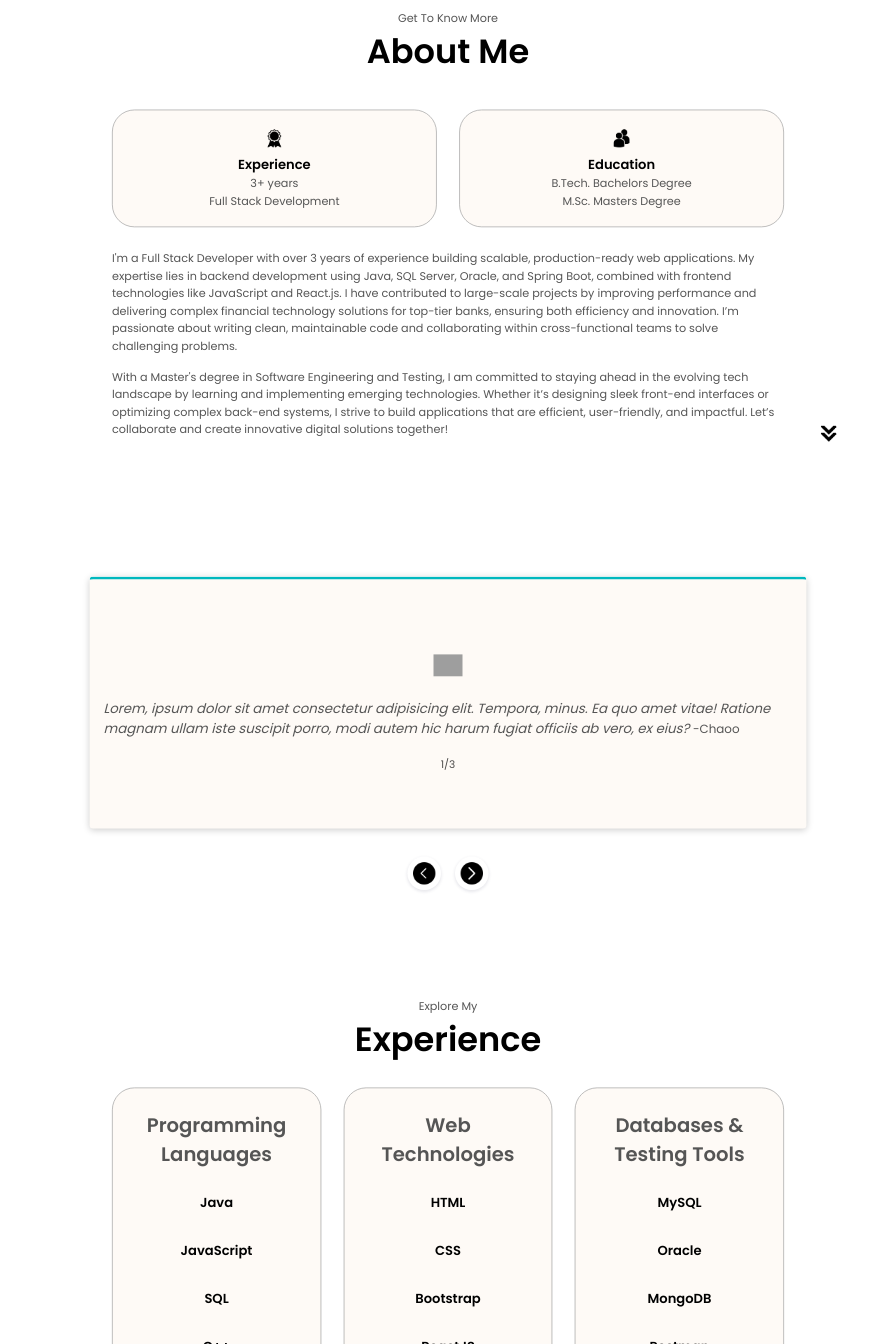
Repository: Pradnya-07/Portfolio-Pradnya
Page: index.html
An editor plug-in stored every save of this project. The page is shown before and after the next save, followed by the edit.
The browser window is 1280 px wide. The pictures show the part of the page from y = 832 to 2752 px (the page is 5307 px tall), at 70% of full size.
Pictures or frames that could not be fetched are drawn as grey boxes.

Above is the page before, as saved 2025-05-02 09:50:31.

### index.html
<!DOCTYPE html>
<html lang="en">
  <head>
    <meta charset="UTF-8" />
    <meta http-equiv="X-UA-Compatible" content="IE=edge" />
    <meta name="viewport" content="width=device-width, initial-scale=1.0" />
    <title>My Portfolio</title>
    <link rel="stylesheet" href="style.css" />
    <link rel="stylesheet" href="mediaqueries.css" />
  </head>
  <body>
    <nav id="desktop-nav">
      <div class="logo">Pradnya Baviskar</div>
      <div>
        <ul class="nav-links">
          <li><a href="#about">About</a></li>
          <li><a href="#experience">Experience</a></li>
          <li><a href="#projects">Projects</a></li>
          <li><a href="#contact">Contact</a></li>
        </ul>
      </div>
    </nav>
    <nav id="hamburger-nav">
      <div class="logo">Pradnya Baviskar</div>
      <div class="hamburger-menu">
        <div class="hamburger-icon" onclick="toggleMenu()">
          <span></span>
          <span></span>
          <span></span>
        </div>
        <div class="menu-links">
          <li><a href="#about" onclick="toggleMenu()">About</a></li>
          <li><a href="#experience" onclick="toggleMenu()">Experience</a></li>
          <li><a href="#projects" onclick="toggleMenu()">Projects</a></li>
          <li><a href="#contact" onclick="toggleMenu()">Contact</a></li>
        </div>
      </div>
    </nav>
    <section id="profile">
      <div class="section__pic-container">
        <img src="./assets/profile-pic.JPG" alt="Pradnya Baviskar profile picture" />
      </div>
      <div class="section__text">
        <p class="section__text__p2">Hello, I'm</p>
        <h1 class="title">Pradnya Baviskar</h1>
        <p class="section__text__p2">Software Developer - Full Stack</p>
        <div class="btn-container">
          <button
            class="btn btn-color-2"
            onclick="window.open('./assets/pradnya_baviskar-3.pdf')"
          >
            Download CV
          </button>
          <button class="btn btn-color-1" onclick="location.href='#contact'">
            Contact Info
          </button>
        </div>
        <div id="socials-container">
          <img
            src="./assets/linkedin.png"
            alt="My LinkedIn profile"
            class="icon"
            onclick="location.href='https://linkedin.com/'"
          />
          <img
            src="./assets/github.png"
            alt="My Github profile"
            class="icon"
            onclick="location.href='https://github.com/'"
          />
        </div>
      </div>
    </section>
    <section id="about">
      <p class="section__text__p1">Get To Know More</p>
      <h1 class="title">About Me</h1>
      <div class="section-container">

        <div class="about-details-container">
          <div class="about-containers">
            <div class="details-container">
              <img
                src="./assets/experience.png"
                alt="Experience icon"
                class="icon"
              />
              <h3>Experience</h3>
              <p>3+ years <br />Full Stack Development</p>
            </div>
            <div class="details-container">
              <img
                src="./assets/education.png"
                alt="Education icon"
                class="icon"
              />
              <h3>Education</h3>
              <p>B.Tech. Bachelors Degree<br />M.Sc. Masters Degree</p>
            </div>
          </div>
          <div class="text-container">
            <p>
              I'm a Full Stack Developer with over 3 years of experience building scalable, production-ready web applications.
              My expertise lies in backend development using Java, SQL Server, Oracle, and Spring Boot, combined with frontend technologies like JavaScript and React.js.
              I have contributed to large-scale projects by improving performance and delivering complex financial technology solutions for top-tier banks, ensuring both efficiency and innovation.
              I’m passionate about writing clean, maintainable code and collaborating within cross-functional teams to solve challenging problems.
            </p>
            <p style=" margin-top: 2%;">
              With a Master's degree in Software Engineering and Testing, I am committed to staying ahead in the evolving tech landscape by learning and implementing emerging technologies.
              Whether it’s designing sleek front-end interfaces or optimizing complex back-end systems, I strive to build applications that are efficient, user-friendly, and impactful.
              Let’s collaborate and create innovative digital solutions together!
            </p>
          </div>

        </div>
      </div>
      <img
        src="./assets/arrow.png"
        alt="Arrow icon"
        class="icon arrow"
        onclick="location.href='#experience'"
      />
    </section>

 <div class="testimonials-container">
    <div class="testimonial">
      <a href="#"><img src="upwork.png" alt="upwork" /></a>
      <p>
        Lorem, ipsum dolor sit amet consectetur adipisicing elit. Tempora,
        minus. Ea quo amet vitae! Ratione magnam ullam iste suscipit porro,
        modi autem hic harum fugiat officiis ab vero, ex eius?
        <span>-Chaoo</span>
      </p>
      <span class="numbertext">1/3</span>
    </div>

    <div class="testimonial">
      <a href="#"><img src="upwork.png" alt="upwork" /></a>
      <p>
        Lorem, ipsum dolor sit amet consectetur adipisicing elit. Tempora,
        minus. Ea quo amet vitae! Ratione magnam ullam iste suscipit porro,
        modi autem hic harum fugiat officiis ab vero, ex eius?
        <span>-ChaooCharles</span>
      </p>
      <span class="numbertext">2/3</span>
    </div>

    <div class="testimonial">
      <a href="#"><img src="upwork.png" alt="upwork" /></a>
      <p>
        Lorem, ipsum dolor sit amet consectetur adipisicing elit. Tempora,
        minus. Ea quo amet vitae! Ratione magnam ullam iste suscipit porro,
        modi autem hic harum fugiat officiis ab vero, ex eius?
        <span>-Charles</span>
      </p>
      <span class="numbertext">3/3</span>
    </div>
    <div>
      <a class="prev">
        <img class="icon" src="./assets/leftarrow.png" alt="left" />

      </a>
      <a class="next">
        <img class="icon" src="./assets/rightarrow.png" alt="right" />
      </a>
    </div>
  </div>




    <section id="experience">
      <p class="section__text__p1">Explore My</p>
      <h1 class="title">Experience</h1>
      <div class="experience-details-container">
        <div class="about-containers">
          <div class="details-container">
            <h2 class="experience-sub-title">Programming Languages</h2>
            <div class="article-container">
              <article class="skills">

                <div>
                  <h3 class="skills">Java</h3>
                </div>
              </article>
              <article class="skills">

                <div>
                  <h3 class="skills">JavaScript</h3>

                </div>
              </article>
              <article class="skills">

                <div>
                  <h3 class="skills">SQL</h3>

                </div>
              </article>
              <article class="skills">

                <div>
                  <h3 class="skills">C++</h3>

                </div>
              </article>
              <article class="skills">

                <div>
                  <h3>Python</h3>
                </div>
              </article>
              <article class="skills">

                <div>
                  <h3 class="skills">C</h3>
                </div>
              </article>

            </div>
          </div>

          <div class="details-container">
            <h2 class="experience-sub-title">Web Technologies</h2>
            <div class="article-container">
              <article>

                <div>
                  <h3>HTML</h3>
                </div>
              </article>
              <article>

                <div>
                  <h3>CSS</h3>
                </div>
              </article>
              <article>

                <div>
                  <h3>Bootstrap</h3>
                </div>
              </article>
              <article>

                <div>
                  <h3>ReactJS</h3>
                </div>
              </article>
              <article>

                <div>
                  <h3>NodeJS</h3>
                </div>
              </article>
              <article>

                <div>
                  <h3>ExpressJS</h3>
                </div>
              </article>
            </div>
          </div>

          <div class="details-container">
            <h2 class="experience-sub-title">Databases & Testing Tools</h2>
            <div class="article-container">
              <article>

                <div>
                  <h3>MySQL</h3>
                </div>
              </article>
              <article>

                <div>
                  <h3>Oracle</h3>
                </div>
              </article>
              <article>

                <div>
                  <h3>MongoDB</h3>
                </div>
              </article>
              <article>

                <div>
                  <h3>Postman</h3>
                </div>
              </article>
              <article>

                <div>
                  <h3>SoapUI</h3>
                </div>
              </article>

            </div>
          </div>

          <div class="details-container">
            <h2 class="experience-sub-title">Software</h2>
            <div class="article-container">
              <article>

                <div>
                  <h3>Git & GitHub</h3>
                </div>
              </article>
              <article>

                <div>
                  <h3>Linux</h3>
                </div>
              </article>



              <article>

                <div>
                  <h3>Docker</h3>
                </div>
              </article>
              <article>

                <div>
                  <h3>Jira</h3>
                </div>
              </article>
              <article>

                <div>
                  <h3 class="skills">Agile Methodology</h3>
                </div>
              </article>
            </div>
          </div>




        </div>
      </div>
      <img
        src="./assets/arrow.png"
        alt="Arrow icon"
        class="icon arrow"
        onclick="location.href='#projects'"
      />
    </section>

    <section id="projects">
      <p class="section__text__p1">Browse My Recent</p>
      <h1 class="title">Projects</h1>
      <div class="experience-details-container">
        <div class="about-containers">
          <div class="details-container color-container">
            <div class="article-container">
              <img
                src="./assets/project1.png"
                alt="Project 1"
                class="project-img"
              />
            </div>
            <h2 class="experience-sub-title project-title">My Book Nest</h2>
            <div class="btn-container">
              <button
                class="btn btn-color-2 project-btn"
                onclick="location.href='https://github.com/Pradnya-07/Pradnya-s_Library'"
              >
                Github
              </button>
              <button
                class="btn btn-color-2 project-btn"
                onclick="location.href='https://pradnya-s-library.onrender.com'"
              >
                Live Demo
              </button>
            </div>
          </div>
          <div class="details-container color-container">
            <div class="article-container">
              <img
                src="./assets/scam.png"
                alt="Project 2"
                class="project-img"
              />
            </div>
            <h2 class="experience-sub-title project-title">Spam Email Detection</h2>
            <div class="btn-container">
              <button
                class="btn btn-color-2 project-btn"
                onclick="location.href='https://github.com/Pradnya-07/Spam_Email_Detection'"
              >
                Github
              </button>
              <button
                class="btn btn-color-2 project-btn"
                onclick="location.href='https://spam-email-detection-9in7.onrender.com'"
              >
                Live Demo
              </button>
            </div>
          </div>
          <div class="details-container color-container">
            <div class="article-container">
              <img
                src="./assets/forecast.png"
                alt="Project 3"
                class="project-img"
              />
            </div>
            <h2 class="experience-sub-title project-title">Weather Forecast</h2>
            <div class="btn-container" style="margin-top: 14%;">
              <button
                class="btn btn-color-2 project-btn"
                onclick="location.href='https://github.com/Pradnya-07/Weather-Dashboard'"
              >
                Github
              </button>
              <button
                class="btn btn-color-2 project-btn"
                onclick="location.href='https://pradnya-07.github.io/Weather-Dashboard/'"
              >
                Live Demo
              </button>
            </div>
          </div>
        </div>
      </div>
      <img
        src="./assets/arrow.png"
        alt="Arrow icon"
        class="icon arrow"
        onclick="location.href='#contact'"
      />
    </section>
    <section id="contact">


      <div class="contact-info-upper-container">
        <div class="contact-info-container">
          <img
            src="./assets/email.png"
            alt="Email icon"
            class="icon contact-icon email-icon"
          />
          <p><a href="mailto:pradnyabaviskar56p@gmail.com">pradnyabaviskar56p@gmail.com</a></p>
        </div>
        <div class="contact-info-container">
          <img
            src="./assets/linkedin.png"
            alt="LinkedIn icon"
            class="icon contact-icon"
          />
          <p><a href="https://www.linkedin.com">LinkedIn</a></p>
        </div>
      </div>
    </section>
    <footer>
      <nav>
        <div class="nav-links-container">
          <ul class="nav-links">
            <li><a href="#about">About</a></li>
            <li><a href="#experience">Experience</a></li>
            <li><a href="#projects">Projects</a></li>
            <li><a href="#contact">Contact</a></li>
          </ul>
        </div>
      </nav>
      <p>Copyright &#169; 2025 Pradnya Baviskar. All Rights Reserved.</p>
    </footer>
    <script src="script.js"></script>
  </body>
</html>

### style.css
/* GENERAL */

@import url("https://fonts.googleapis.com/css2?family=Poppins:wght@300;400;500;600&display=swap");

* {
  margin: 0;
  padding: 0;
}

body {
  font-family: "Poppins", sans-serif;
}

html {
  scroll-behavior: smooth;
}

p {
  color: rgb(85, 85, 85);
}

/* TRANSITION */

a,
.btn {
  transition: all 300ms ease;
}

/* DESKTOP NAV */

nav,
.nav-links {
  display: flex;
}

nav {
  justify-content: space-around;
  align-items: center;
  height: 17vh;
}

.nav-links {
  gap: 2rem;
  list-style: none;
  font-size: 1.5rem;
}

a {
  color: black;
  text-decoration: none;
  text-decoration-color: white;
}

a:hover {
  color: grey;
  text-decoration: underline;
  text-underline-offset: 1rem;
  text-decoration-color: rgb(181, 181, 181);
}

.logo {
  font-size: 2rem;
}

.logo:hover {
  cursor: default;
}

/* HAMBURGER MENU */

#hamburger-nav {
  display: none;
}

.hamburger-menu {
  position: relative;
  display: inline-block;
}

.hamburger-icon {
  display: flex;
  flex-direction: column;
  justify-content: space-between;
  height: 24px;
  width: 30px;
  cursor: pointer;
}

.hamburger-icon span {
  width: 100%;
  height: 2px;
  background-color: black;
  transition: all 0.3 ease-in-out;
}

.menu-links {
  position: absolute;
  top: 100%;
  right: 0;
  background-color: white;
  width: fit-content;
  max-height: 0;
  overflow: hidden;
  transition: all 0.3 ease-in-out;
}

.menu-links a {
  display: block;
  padding: 10px;
  text-align: center;
  font-size: 1.5rem;
  color: black;
  text-decoration: none;
  transition: all 0.3 ease-in-out;
}

.menu-links li {
  list-style: none;
}

.menu-links.open {
  max-height: 300px;
}

.hamburger-icon.open span:first-child {
  transform: rotate(45deg) translate(10px, 5px);
}

.hamburger-icon.open span:nth-child(2) {
  opacity: 0;
}

.hamburger-icon.open span:last-child {
  transform: rotate(-45deg) translate(10px, -5px);
}

.hamburger-icon span:first-child {
  transform: none;
}

.hamburger-icon span:first-child {
  opacity: 1;
}

.hamburger-icon span:first-child {
  transform: none;
}

/* SECTIONS */

section {
  padding-top: 4vh;
  height: 96vh;
  margin: 0 10rem;
  box-sizing: border-box;
  min-height: fit-content;
}

.section-container {
  display: flex;
}

.skills {
  text-align: center;

}

/* PROFILE SECTION */

#profile {
  display: flex;
  justify-content: center;
  gap: 5rem;
  height: 80vh;
}

.section__pic-container {
  display: flex;
  height: 400px;
  width: 400px;
  margin: auto 0;
}

.section__text {
  align-self: center;
  text-align: center;
}

.section__text p {
  font-weight: 600;
}

.section__text__p1 {
  text-align: center;
}

.section__text__p2 {
  font-size: 1.75rem;
  margin-bottom: 1rem;
}

.title {
  font-size: 3rem;
  text-align: center;
}

#socials-container {
  display: flex;
  justify-content: center;
  margin-top: 1rem;
  gap: 1rem;
}

/* ICONS */

.icon {
  cursor: pointer;
  height: 2rem;
}

/* BUTTONS */

.btn-container {
  display: flex;
  justify-content: center;
  gap: 1rem;
}

.btn {
  font-weight: 600;
  transition: all 300ms ease;
  padding: 1rem;
  width: 8rem;
  border-radius: 2rem;
}

.btn-color-1,
.btn-color-2 {
  border: rgb(53, 53, 53) 0.1rem solid;
}

.btn-color-1:hover,
.btn-color-2:hover {
  cursor: pointer;
}

.btn-color-1,
.btn-color-2:hover {
  background: rgb(53, 53, 53);
  color: white;
}

.btn-color-1:hover {
  background: rgb(0, 0, 0);
}

.btn-color-2 {
  background: none;
}

.btn-color-2:hover {
  border: rgb(255, 255, 255) 0.1rem solid;
}

.btn-container {
  gap: 1rem;
}

/* ABOUT SECTION */

#about {
  position: relative;
}

.about-containers {
  gap: 2rem;
  margin-bottom: 2rem;
  margin-top: 2rem;
}

.about-details-container {
  justify-content: center;
  flex-direction: column;
}

.about-containers,
.about-details-container {
  display: flex;
}

.about-pic {
  border-radius: 2rem;
}

.arrow {
  position: absolute;
  right: -5rem;
  bottom: 2.5rem;
}

.details-container {
  padding: 1.5rem;
  flex: 1;
  background: rgb(232 188 130 / 7%);
  border-radius: 2rem;
  border: rgb(53, 53, 53) 0.1rem solid;
  border-color: rgb(163, 163, 163);
  text-align: center;
}

.section-container {
  gap: 4rem;
  height: 80%;
}

.section__pic-container {
  height: 400px;
  width: 400px;
  margin: auto 0;
}

/* EXPERIENCE SECTION */

#experience {
  position: relative;
}

.experience-sub-title {
  color: rgb(85, 85, 85);
  font-weight: 600;
  font-size: 1.75rem;
  margin-bottom: 2rem;
}

.experience-details-container {
  display: flex;
  justify-content: center;
  flex-direction: column;
}

.article-container {
  display: flex;
  text-align: initial;
  flex-wrap: wrap;
  flex-direction: row;
  gap: 2.5rem;
  justify-content: space-around;
}

article {
  display: flex;
  width: 10rem;
  justify-content: space-around;
  gap: 0.5rem;
}

article .icon {
  cursor: default;
}

/* PROJECTS SECTION */

#projects {
  position: relative;
  margin-top: 10%;
}

.color-container {
  border-color: rgb(163, 163, 163);
  background: rgb(232 188 130 / 7%);
}

.project-img {
  border-radius: 2rem;
  width: 90%;
  height: 90%;
}

.project-title {
  margin: 1rem;
  color: black;
}

.project-btn {
  color: black;
  border-color: rgb(163, 163, 163);
}

/* CONTACT */

#contact {
  display: flex;
  justify-content: center;
  flex-direction: column;
  height: 70vh;
}

.contact-info-upper-container {
  display: flex;
  justify-content: center;
  border-radius: 2rem;
  border: rgb(53, 53, 53) 0.1rem solid;
  border-color: rgb(163, 163, 163);
  background: (250, 250, 250);
  margin: 2rem auto;
  padding: 0.5rem;
  background-color: rgb(232 188 130 / 7%);
}

.contact-info-container {
  display: flex;
  align-items: center;
  justify-content: center;
  gap: 0.5rem;
  margin: 1rem;
}

.contact-info-container p {
  font-size: larger;
}

.contact-icon {
  cursor: default;
}

.email-icon {
  height: 2.5rem;
}

/* FOOTER SECTION */

footer {
  height: 26vh;
  margin: 0 1rem;
}

footer p {
  text-align: center;
}



@import url("https://fonts.googleapis.com/css2?family=Poppins&display=swap");

* {
  margin: 0;
  padding: 0;
  box-sizing: border-box;
}

.testimonials-container {
  min-height: 100vh;
  font-family: "Poppins", sans-serif;
  display: flex;
  align-items: center;
  justify-content: center;
  flex-direction: column;


}

h2 {
  margin: 0.5rem;
  font-size: 2.2rem;
  font-weight: 400;
}

.testimonial {
  height: 50vh;
  width: 80vw;
  margin: 2rem;
  padding: 45px 20px 20px;
  background-color: rgb(232 188 130 / 7%);
  border-top: 4px solid rgb(0, 184, 190);
  box-shadow: 0px 2px 10px rgba(0, 0, 0, 0.2);
  display: flex;
  align-items: center;
  justify-content: center;
  flex-direction: column;
  border-radius: 5px;
  animation: fade 2s;
}

@keyframes fade {
  from {
    opacity: 0.4;
  }
  to {
    opacity: 1;
  }
}

.testimonial img {
  height: 2rem;
  width: auto;
  margin-bottom: 1.5rem;
}

.testimonial p {
  overflow: auto;
  font-style: oblique;
  font-size: 19px;
  font-weight: 400;
}

p span {
  font-size: 17px;
  font-style: normal;
}

.numbertext {
  font-size: 15px;
  opacity: 0.7;
  margin-top: 1.5rem;
}

.prev,
.next {
  display: inline-block;
  background: #fff;
  box-shadow: 0 2px 4px 1px rgba(50, 50, 93, 0.1);
  width: 3rem;
  height: 3rem;
  border-radius: 50%;
  padding: 0.5rem;
  margin: 0.5rem;
  font-size: 1.5rem;
  text-align: center;
  color: rgb(0, 184, 190);
  transition: 0.3s ease;
}

.prev:hover,
.next:hover {
  cursor: pointer;
  transform: translateY(-4px);
}

Loaded but not shown: script.js (39 lines, source omitted); mediaqueries.css (103 lines, source omitted)

After the next save:
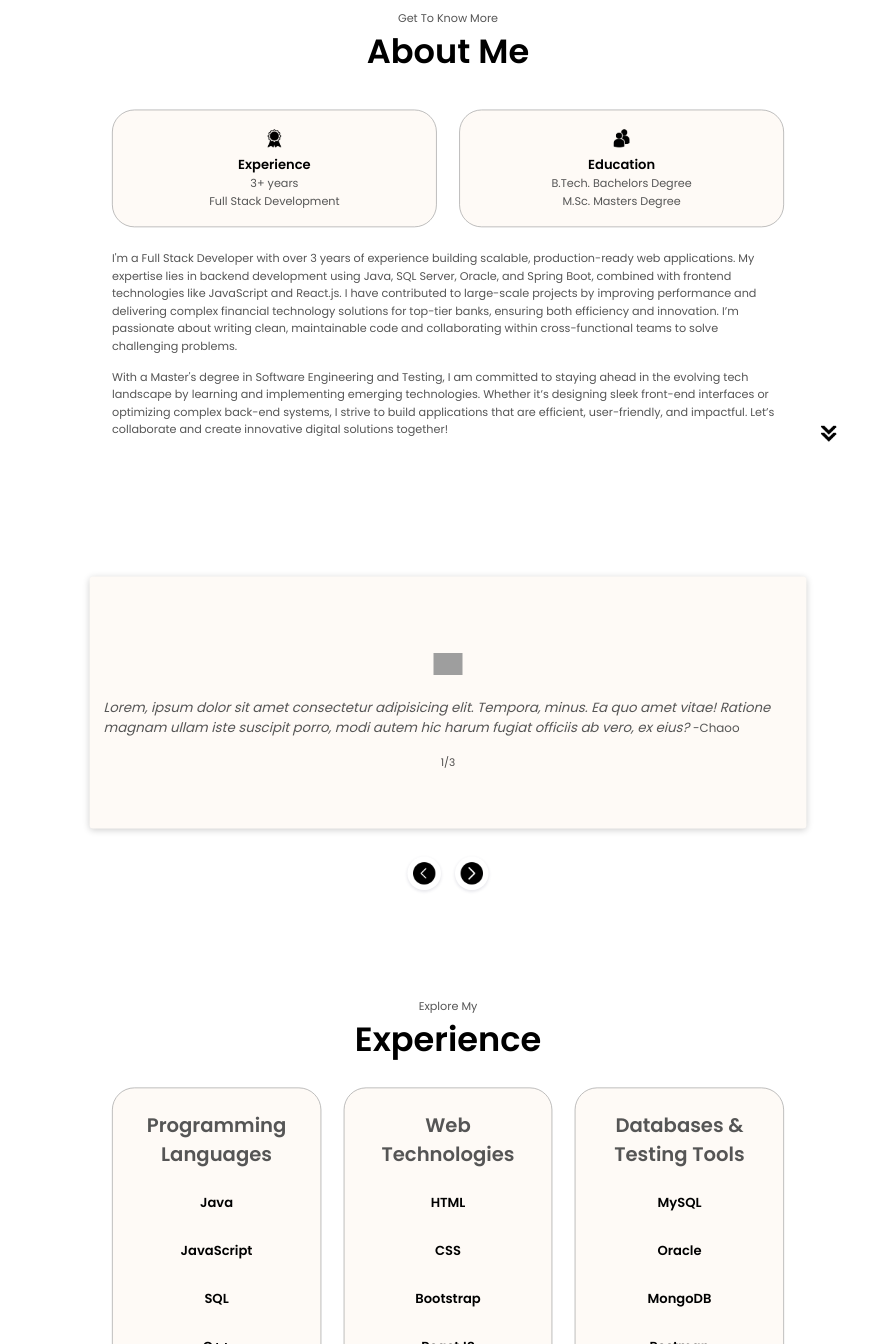
Saved 21 s later.
--- a/style.css
+++ b/style.css
@@ -471,7 +471,6 @@ h2 {
   margin: 2rem;
   padding: 45px 20px 20px;
   background-color: rgb(232 188 130 / 7%);
-  border-top: 4px solid rgb(0, 184, 190);
   box-shadow: 0px 2px 10px rgba(0, 0, 0, 0.2);
   display: flex;
   align-items: center;
